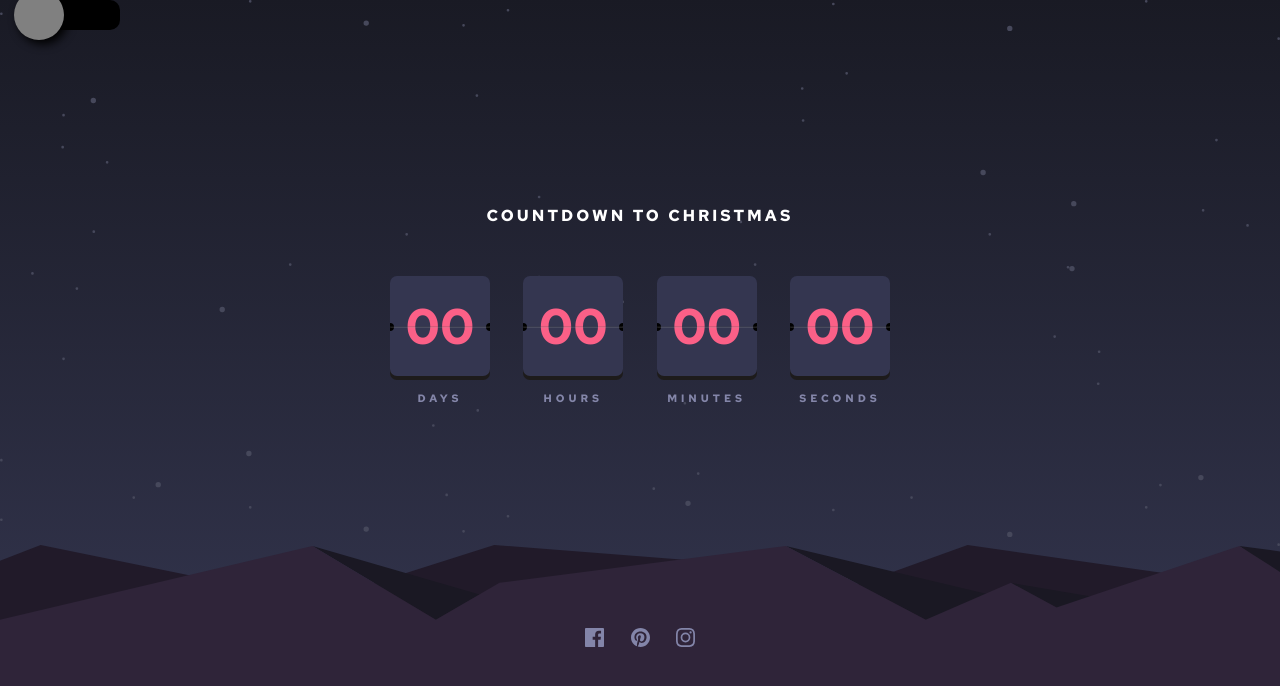
Repository: Eugene44-hub/countdown
Page: index.html
The author's editor kept a copy of each file at every save. The page is drawn from the files as they stood at one save, then again after a run of saves.
The browser window is 1280 px wide. The pictures show the whole page.

Above is the page before, as saved 2021-09-13 02:42:04.

After the next 2 saves:
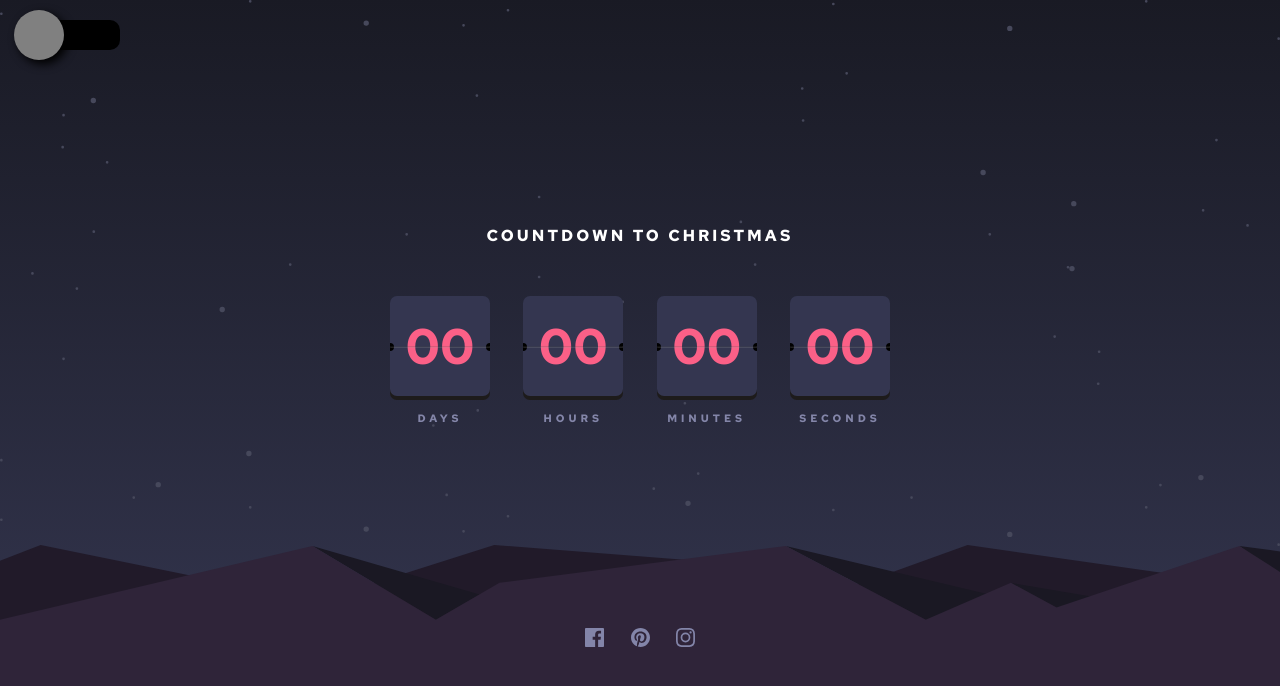
The 2 saves are shown as one change because they came seconds apart.
The last was saved 12 s later.
--- a/style.css
+++ b/style.css
@@ -125,7 +125,7 @@
         transition: all 0.5s;
         border-radius: 10px;
         margin-left: 20px;
-        margin-left: 20px;
+        margin-top: 20px;
     }
 
     .toggle {
